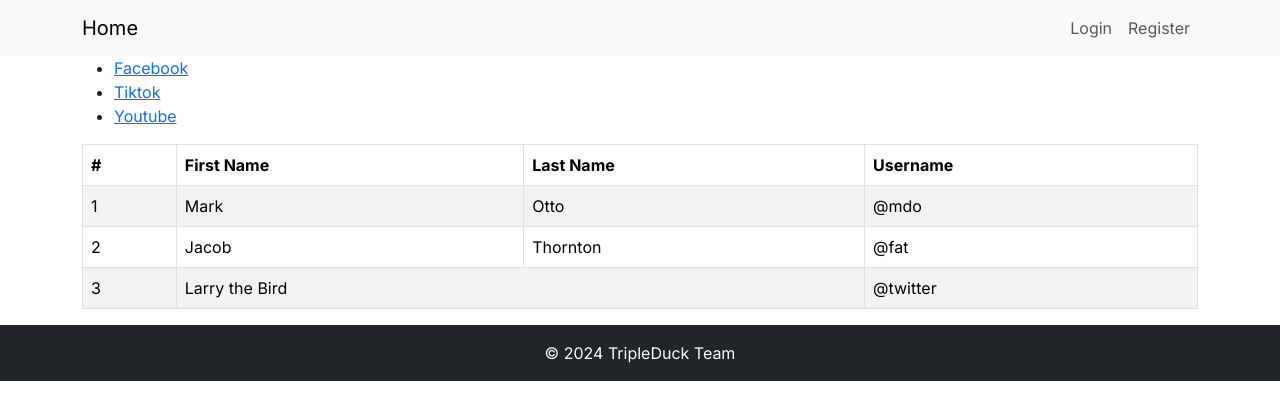
Repository: tdphong1293/KHDL01_DemoWebKafka
Page: / (app in Frontend_Client/)
The author's editor kept a copy of each file at every save. The page is drawn from the files as they stood at one save, then again after the next save.
The browser window is 1280 px wide. The pictures show the whole page.
The project was rebuilt for these pictures with package versions that can differ from the ones it lists, and the page was loaded fresh each time. The framework's server and built-in components were replaced by stand-ins that run in the browser. Also part of the build but not shown: Frontend_Client/next.config.mjs.

Above is the page before, as saved 2024-07-21 16:01:23.

### Frontend_Client/src/app/layout.tsx
import type { Metadata } from "next";
import { Inter } from "next/font/google";
import 'bootstrap/dist/css/bootstrap.min.css';
// import "@/styles/globals.css";
import Header from "@/components/header";
import Footer from "@/components/footer";
import { Container } from "react-bootstrap";
import { ToastContainer } from 'react-toastify';
import 'react-toastify/dist/ReactToastify.css';

const inter = Inter({ subsets: ["latin"] });

export const metadata: Metadata = {
    title: "Create Next App",
    description: "Generated by create next app",
};

export default function RootLayout({
    children,
}: Readonly<{
    children: React.ReactNode;
}>) {
    return (
        <html lang="en">
            <body className={inter.className}>
                <Header />
                <Container>
                    {children}
                </Container>
                <Footer />
                <ToastContainer />
            </body>
        </html>
    );
}

### Frontend_Client/src/app/page.tsx
import Link from "next/link";
import Table from "@/components/table";

const Home = () => {
    return (
        <>
            <ul>
                <li>
                    <Link href={"/facebook"}>Facebook</Link>
                </li>
                <li>
                    <Link href={"/tiktok"}>Tiktok</Link>
                </li>
                <li>
                    <Link href={"/youtube"}>Youtube</Link>
                </li>
            </ul>
            <Table />
        </>
    );
};

export default Home;

### Frontend_Client/src/components/header.tsx
'use client'

import Container from 'react-bootstrap/Container';
import Nav from 'react-bootstrap/Nav';
import Navbar from 'react-bootstrap/Navbar';
import Link from "next/link";

function Header() {
    return (
        <Navbar expand="lg" className="bg-body-tertiary">
            <Container>
                <Navbar.Brand>
                    <Link href={"/"} className="navbar-brand">Home</Link>
                </Navbar.Brand>
                <Navbar.Toggle aria-controls="basic-navbar-nav" />
                <Navbar.Collapse id="basic-navbar-nav">
                    <Nav className="me-auto">
                        {/* Các liên kết khác nếu có */}
                    </Nav>
                    <Nav className="ms-auto"> {/* Đặt các liên kết ở góc phải */}
                        <Nav.Item>
                            <Link href={"/auth/login"} className="nav-link">Login</Link>
                        </Nav.Item>
                        <Nav.Item>
                            <Link href={"/auth/register"} className="nav-link">Register</Link>
                        </Nav.Item>
                    </Nav>
                </Navbar.Collapse>
            </Container>
        </Navbar>
    );
}

export default Header;

### Frontend_Client/src/components/footer.tsx

export default function Footer() {
    return (
        <footer className="bg-dark text-light py-3" style={{ display: 'flex', alignItems: 'center', justifyContent: 'center' }}>
            &copy; 2024 TripleDuck Team
        </footer>
    );
};

### Frontend_Client/src/components/table.tsx
'use client'
import Table from 'react-bootstrap/Table';

function MyTable() {
    return (
        <Table striped bordered hover>
            <thead>
                <tr>
                    <th>#</th>
                    <th>First Name</th>
                    <th>Last Name</th>
                    <th>Username</th>
                </tr>
            </thead>
            <tbody>
                <tr>
                    <td>1</td>
                    <td>Mark</td>
                    <td>Otto</td>
                    <td>@mdo</td>
                </tr>
                <tr>
                    <td>2</td>
                    <td>Jacob</td>
                    <td>Thornton</td>
                    <td>@fat</td>
                </tr>
                <tr>
                    <td>3</td>
                    <td colSpan={2}>Larry the Bird</td>
                    <td>@twitter</td>
                </tr>
            </tbody>
        </Table>
    );
}

export default MyTable;

After the next save:
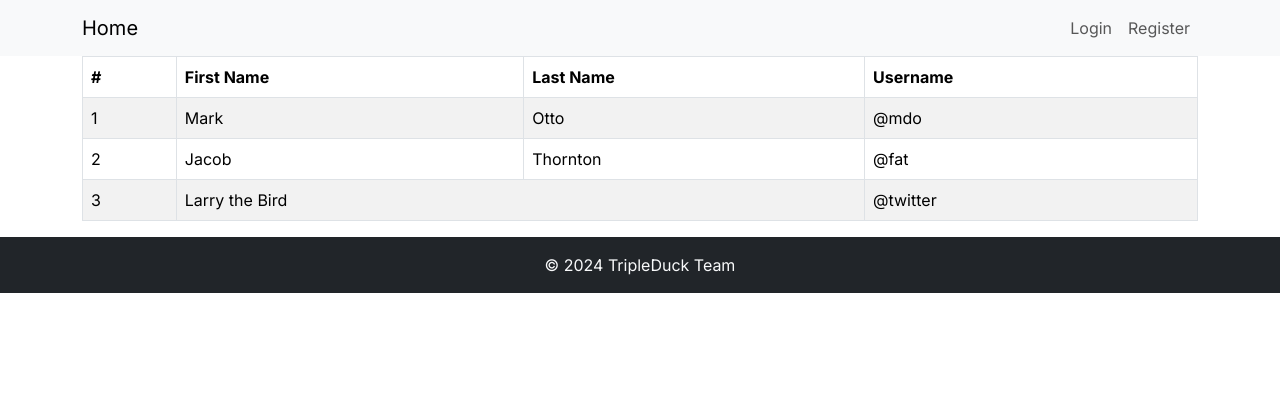
Saved 7 min 10 s later.
--- a/Frontend_Client/src/app/page.tsx
+++ b/Frontend_Client/src/app/page.tsx
@@ -4,7 +4,7 @@
 const Home = () => {
     return (
         <>
-            <ul>
+            {/* <ul>
                 <li>
                     <Link href={"/facebook"}>Facebook</Link>
                 </li>
@@ -14,7 +14,7 @@
                 <li>
                     <Link href={"/youtube"}>Youtube</Link>
                 </li>
-            </ul>
+            </ul> */}
             <Table />
         </>
     );

After the save that followed:
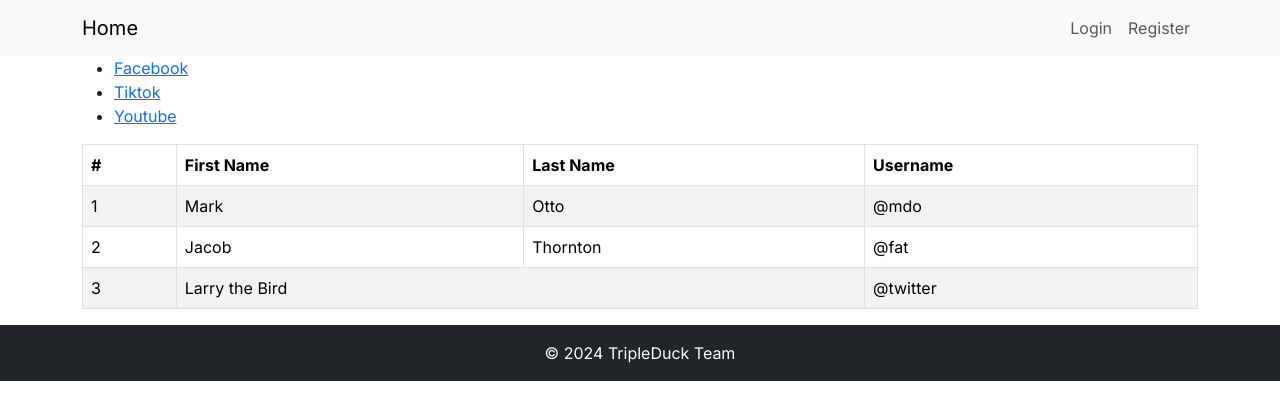
Saved 6 s later.
--- a/Frontend_Client/src/app/page.tsx
+++ b/Frontend_Client/src/app/page.tsx
@@ -4,7 +4,7 @@
 const Home = () => {
     return (
         <>
-            {/* <ul>
+            <ul>
                 <li>
                     <Link href={"/facebook"}>Facebook</Link>
                 </li>
@@ -14,7 +14,7 @@
                 <li>
                     <Link href={"/youtube"}>Youtube</Link>
                 </li>
-            </ul> */}
+            </ul>
             <Table />
         </>
     );
